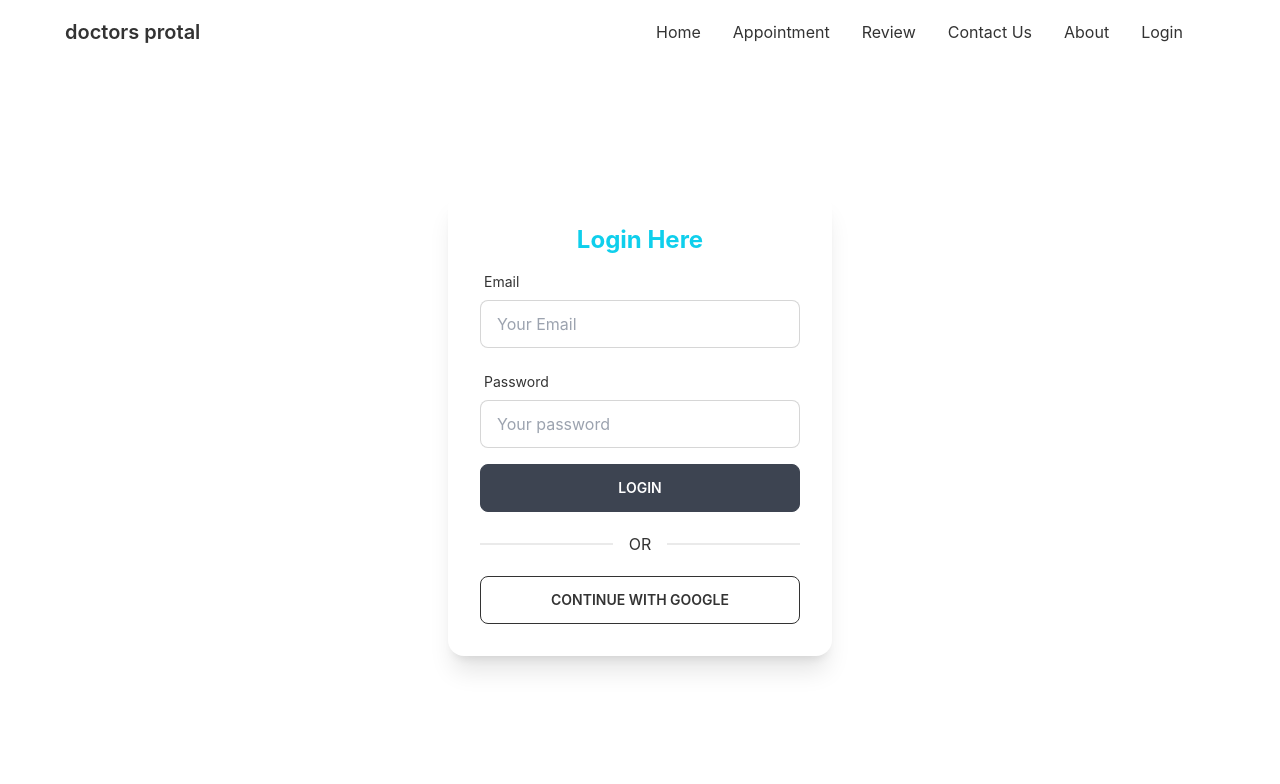
Repository: mdrubel02/doctor-protal
Page: /login
The author's editor kept a copy of each file at every save. The page is drawn from the files as they stood at one save, then again after the next save.
The browser window is 1280 px wide. The pictures show the whole page.
The project was rebuilt for these pictures with package versions that can differ from the ones it lists, and the page was loaded fresh each time. Also part of the build but not shown: src/App.css, src/Pages/About/About.js, src/Pages/Shared/Footer/Footer.js, src/Pages/Appointment/AppointmentBanner.js, src/Pages/Appointment/BookingModal.js, src/Pages/Appointment/Service.js, src/Pages/Appointment/AvailableAppointment.js, src/Pages/Appointment/Appointment.js and 3 more. Imported but missing from the stored project, and not drawn on this page: src/Pages/Contact/Contact.

Above is the page before, as saved 2022-05-15 14:52:18.

After the next save:
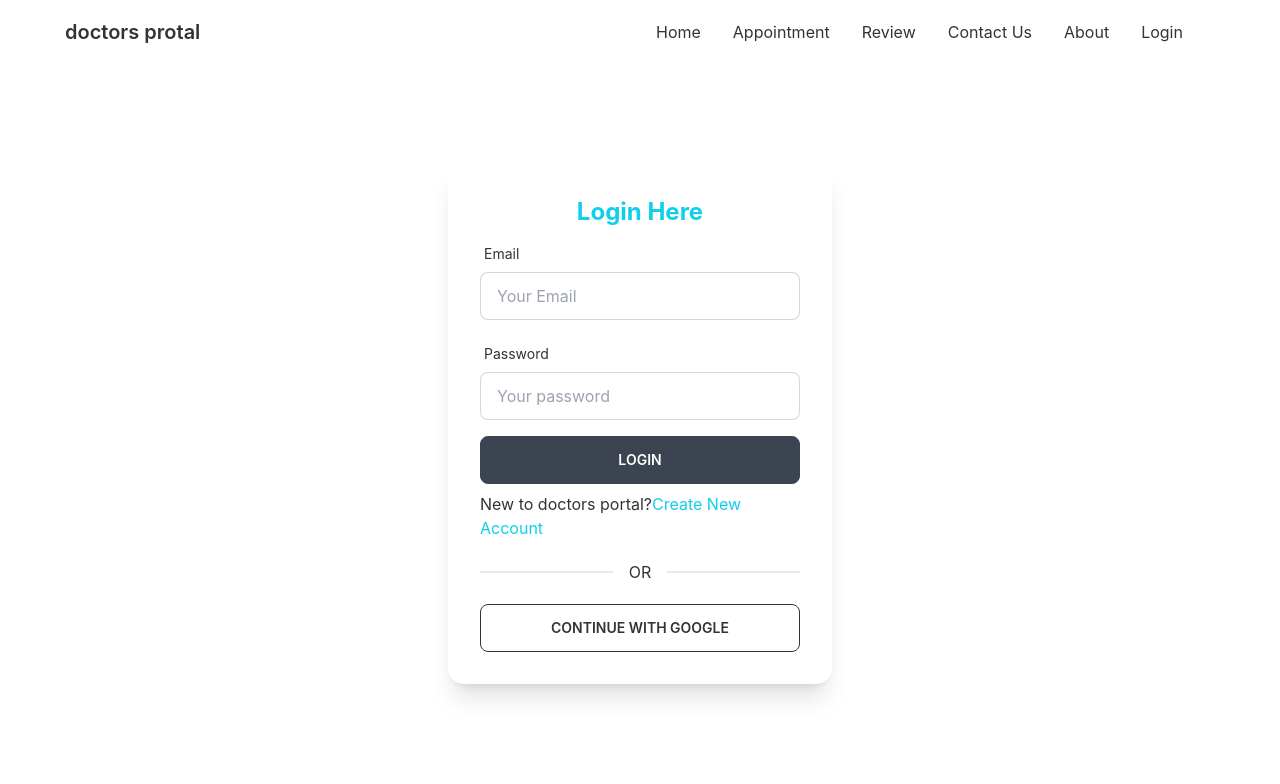
Saved 4 min 24 s later.
--- a/src/Pages/Login/Login.js
+++ b/src/Pages/Login/Login.js
@@ -3,6 +3,7 @@ import { useSignInWithEmailAndPassword, useSignInWithGoogle } from 'react-fireba
 import { auth } from '../../firebase.init'
 import { useForm } from "react-hook-form";
 import Loading from '../Shared/Loading';
+import { Link } from 'react-router-dom';
 
 const Login = () => {
     const [signInWithGoogle, gUser, gLoading, gError] = useSignInWithGoogle(auth);
@@ -94,6 +95,7 @@ const Login = () => {
                         {signInError}
                         <input className='btn w-full max-w-xs text-white' type="submit" value='Login' />
                     </form>
+                    <p>New to doctors portal?<Link to='signup' className='text-primary'>Create New Account</Link></p>
                     <div className="divider">OR</div>
                     <button onClick={() => signInWithGoogle()} className="btn btn-outline">Continue With Google</button>
 
